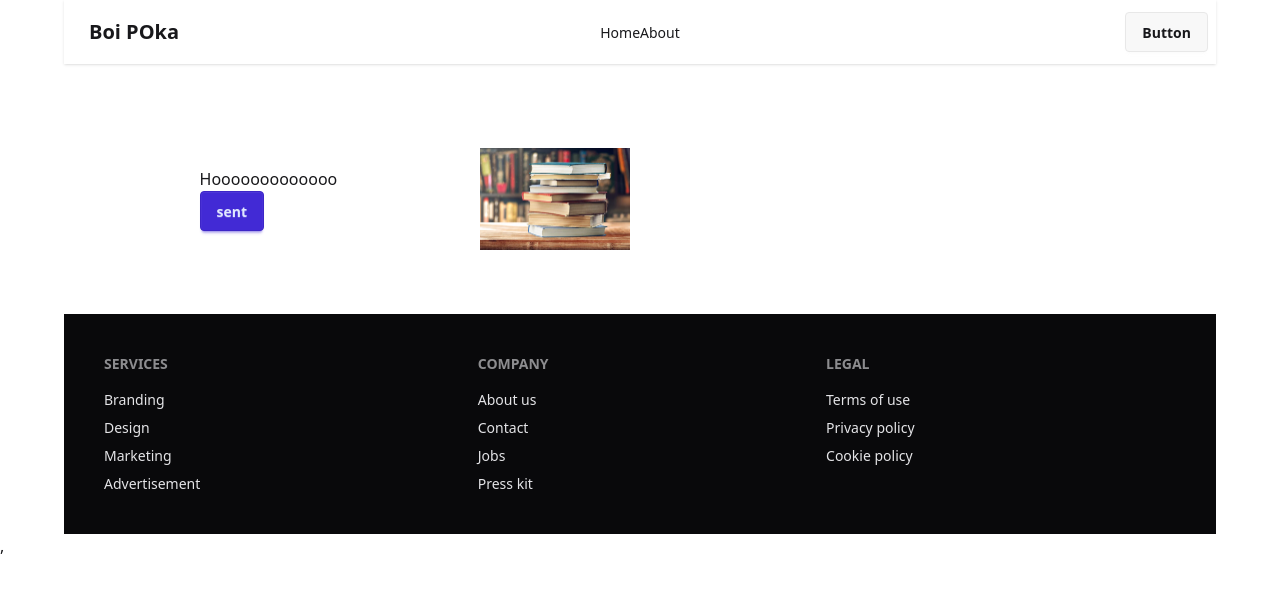
Repository: SanjidaSnigdha/Boipoka-Book-Vibe-Project
Page: /
The author's editor kept a copy of each file at every save. The page is drawn from the files as they stood at one save, then again after the next save.
The browser window is 1280 px wide. The pictures show the whole page.
The project was rebuilt for these pictures with package versions that can differ from the ones it lists, and the page was loaded fresh each time. Also part of the build but not shown: vite.config.js, src/App.css, src/App.jsx, src/Pages/Root/ErrorPage/ErrorPage.jsx.

Above is the page before, as saved 2026-05-12 11:57:48.

After the next save:
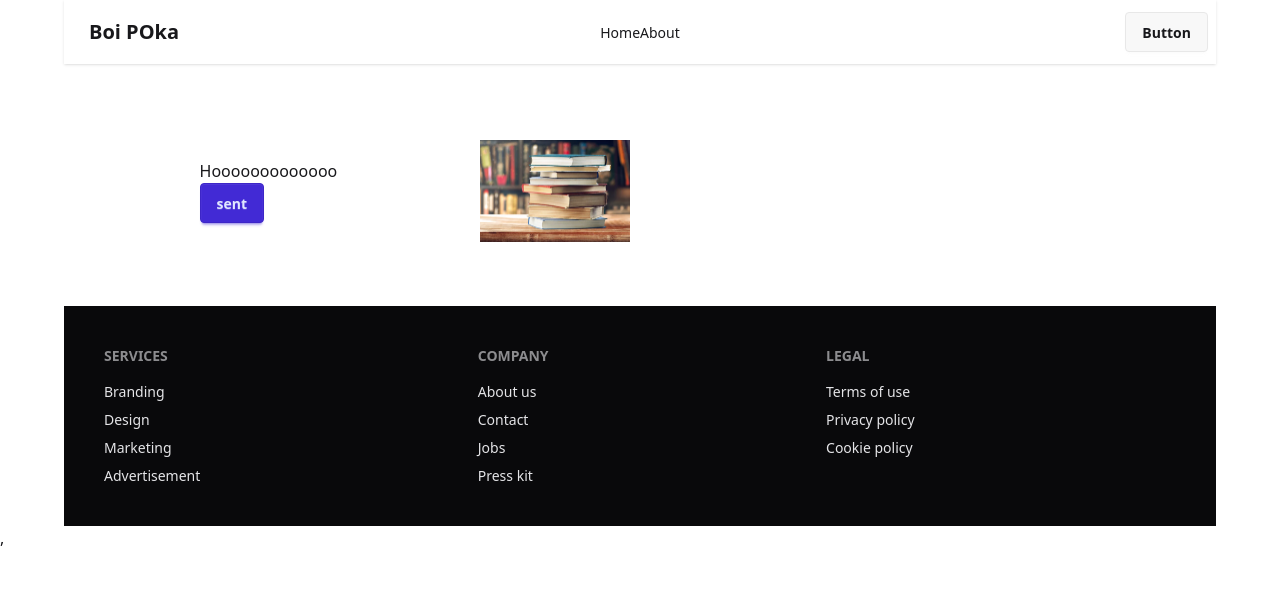
Saved 36 s later.
--- a/src/Components/Banner/Banner.jsx
+++ b/src/Components/Banner/Banner.jsx
@@ -3,7 +3,7 @@ import bookImage from '../../assets/books.jpg'
 
 const Banner = () => {
     return (
-        <div className='flex justify-around items-center p-16 w-full mt-5'>
+        <div className='flex justify-around items-center p-16 w-full mt-3'>
             <diV>
             <h1>Hooooooooooooo</h1>
             <button className='btn btn-primary'>sent</button>
